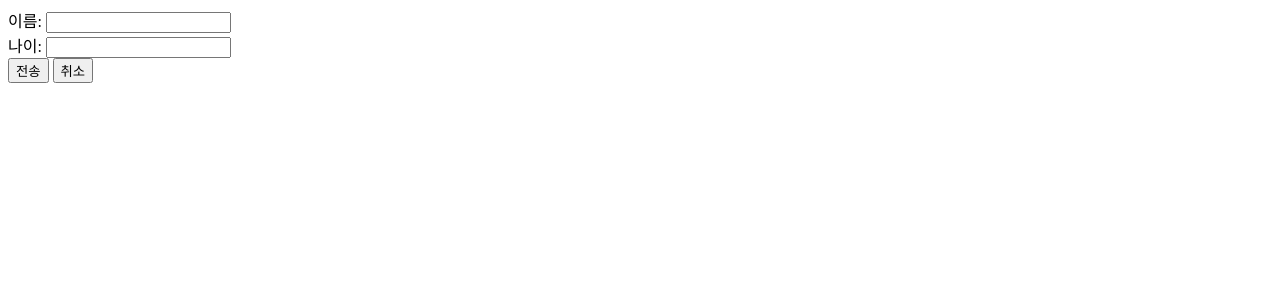
Repository: kisunssong/jsp
Page: http://localhost/test/day4.jsp
The author's editor kept a copy of each file at every save. The page is drawn from the files as they stood at one save, then again after a run of saves.
The browser window is 1280 px wide. The pictures show the whole page.
The page is served by Tomcat 9.

Above is the page before, as saved 2020-11-14 12:36:36.

### test/WebContent/day4.jsp
<%@ page language="java" contentType="text/html; charset=EUC-KR"
    pageEncoding="EUC-KR"%>
<html>
<head>
  <title>값입력</title>
</head>
<body>
  <form name="f" action="testR.jsp" method="post">
  <!-- method가 get방식일때는 데이터가 전부 주소창을 통해 전송 -->
  <!-- method가 post방식일때는 데이터는 전송되는 body에 같이 전송 -->
  <!-- post방식을 꼭 써야 하느나 경우
  	   1. 많은 데이터를 전송하고자 할때
  	   2. 비밀스러운 데이터를 전송하고자 할때
  	   3. 파일을 전송하고자 할때 -->
   이름: <input type="text" name="name"><br>
   나이: <input type="text" name="age"><br>
   <input type="submit" value="전송">
   <input type="reset" value="취소">
  </form>
</body>
</html>
<!-- 1.name,age를 적을 text박스 생성
	 2.전송,취소 버튼을 생성
	 3.전송을 클릭하면 submit되어 form이 post방식으로 name과 age를 testR.jsp파일로 보냄
	 -->

After the next 4 saves:
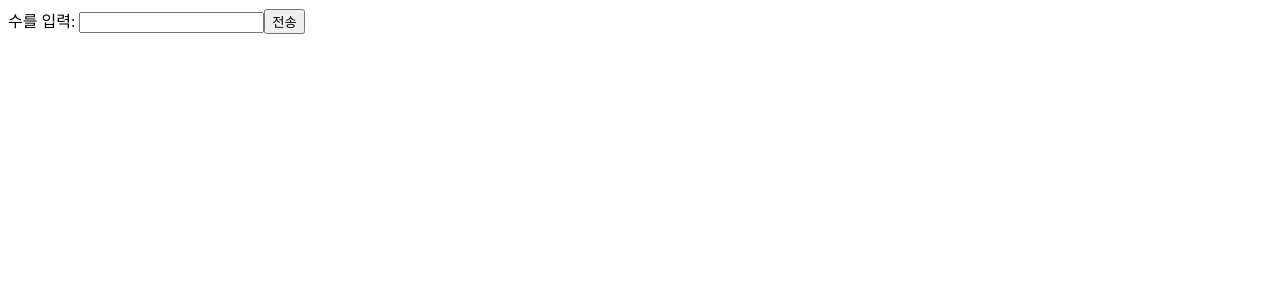
The 4 saves are shown as one change because 3 did not build or start.
The last was saved 12 min 22 s later.
--- a/test/WebContent/day4.jsp
+++ b/test/WebContent/day4.jsp
@@ -5,21 +5,9 @@
   <title>값입력</title>
 </head>
 <body>
-  <form name="f" action="testR.jsp" method="post">
-  <!-- method가 get방식일때는 데이터가 전부 주소창을 통해 전송 -->
-  <!-- method가 post방식일때는 데이터는 전송되는 body에 같이 전송 -->
-  <!-- post방식을 꼭 써야 하느나 경우
-  	   1. 많은 데이터를 전송하고자 할때
-  	   2. 비밀스러운 데이터를 전송하고자 할때
-  	   3. 파일을 전송하고자 할때 -->
-   이름: <input type="text" name="name"><br>
-   나이: <input type="text" name="age"><br>
-   <input type="submit" value="전송">
-   <input type="reset" value="취소">
-  </form>
+<!-- action의 위치를 지정하지 않으면 자신의 페이지로 데이터가 넘어간다 -->
+<form name="f" method="post">
+  수를 입력: <input type="text" name="su"><input type="submit" value="전송">
+</form>
 </body>
 </html>
-<!-- 1.name,age를 적을 text박스 생성
-	 2.전송,취소 버튼을 생성
-	 3.전송을 클릭하면 submit되어 form이 post방식으로 name과 age를 testR.jsp파일로 보냄
-	 -->
